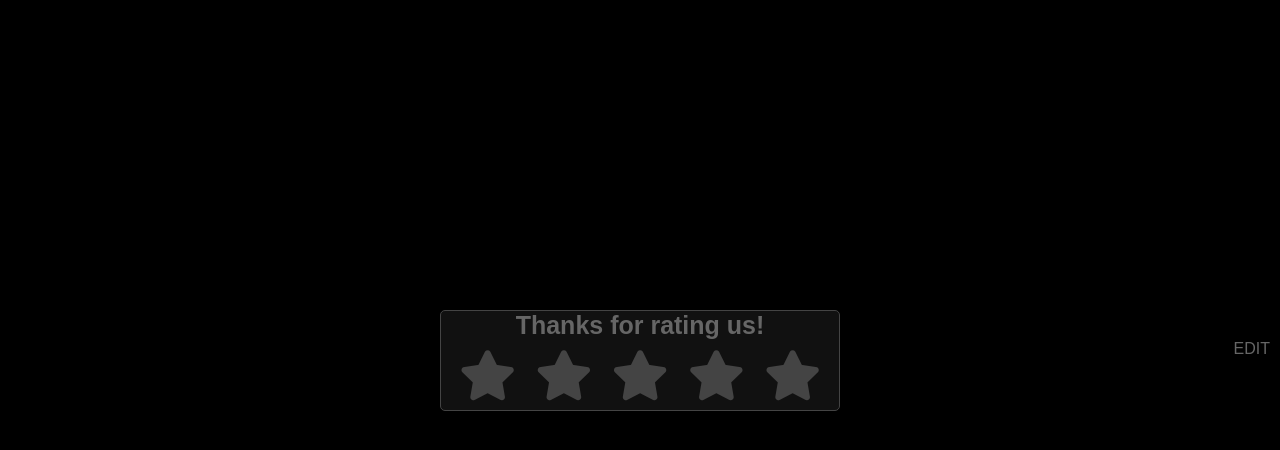
Repository: Suryansh-D/Star-Ratings
Page: index.html
The author's editor kept a copy of each file at every save. The page is drawn from the files as they stood at one save, then again after the next save.
The browser window is 1280 px wide. The pictures show the whole page.

Above is the page before, as saved 2024-02-03 10:28:09.

### index.html
<!DOCTYPE html>
<html lang="en">
<head>
    <meta charset="UTF-8">
    <meta name="viewport" content="width=device-width, initial-scale=1.0">
    <title>Document</title>
</head>
<link rel="stylesheet" href="style.css">
<link rel="stylesheet" href="https://cdnjs.cloudflare.com/ajax/libs/font-awesome/5.15.3/css/all.min.css">
<body>
    <div class="container">
        <div class="post">
            <div class="text">Thanks for rating us!</div>
            <div class="edit">EDIT</div>
            </div>
        <div class="stars">
            <input type="radio" name="rate" id="rate-5">
            <label for="rate-5" class="fas fa-star"></label>
            <input type="radio" name="rate" id="rate-4">
            <label for="rate-4" class="fas fa-star"></label>
            <input type="radio" name="rate" id="rate-3">
            <label for="rate-3" class="fas fa-star"></label>
            <input type="radio" name="rate" id="rate-2">
            <label for="rate-2" class="fas fa-star"></label>
            <input type="radio" name="rate" id="rate-1">
            <label for="rate-1" class="fas fa-star"></label>
            <form action="#">
                <header></header>
                <div class="textarea">
                <textarea cols="30" placeholder="Describe your experience"></textarea>
                </div>
                    <div class="btn">
                        <button type="submit">Post</button>
                        </div>
                 </form>
        </div>
    </div>
    <script></script>
</body>
</html>

### style.css
@import url('https://fonts.googleapis.com/css?family=Roboto:400,700');
* {
  margin: 0;
  padding: 0;
  box-sizing: border-box;
  font-family:'Poppins', sans-serif;
}
html, body {
  height: 100%;
  background-color: #000;
  place-items: center;
  display: grid;
  text-align: center;
}

.container {
  width: 400px;
  background: #111;
    padding: 20px , 30px;
    border: 1px solid #444;
    border-radius: 5px;
    display: flex;
    flex-direction: column;
    align-items: center;
    justify-content: center;
}
.container .stars input{
    display: none;
}
.stars label{
    font-size: 50px;
    color: #444;
    cursor: pointer;
    transition: all 0.2s ease;
    float: right;
    padding: 10px;

}
.stars input:not(:checked) ~ label:hover ,
.stars input:not(:checked) ~ label:hover ~ label{
    color: #ffcc00;
}
.stars input:checked ~ label{
    color: #ffcc00;
}
input#rate-5:checked ~ label{
    color: #fe7;
    text-shadow: 0 0 20px #f1cf45;
}
input#rate-4:checked ~ label{
    color: #fe7;
    text-shadow: 0 0 20px #f1cf45;
}
input#rate-3:checked ~ label{
    color: #fe7;
    text-shadow: 0 0 20px #f1cf45;
}
input#rate-2:checked ~ label{
    color: #fe7;
    text-shadow: 0 0 20px #f1cf45;
}
input#rate-1:checked ~ label{
    color: #fe7;
    text-shadow: 0 0 20px #f1cf45;
}

#rate-1:checked ~ form header:before{
    content: "Hatt Bakwas 😤";

}
#rate-2:checked ~ form header:before{
    content: "Bekaar 😒";
}
#rate-3:checked ~ form header:before{
    content: "Theek hi hai 🙂";
}
#rate-4:checked ~ form header:before{
    content: "Wah yaar😏";
}
#rate-5:checked ~ form header:before{
    content: "Ohh Bhaisaab 🤯 ";
}

.container .text{
    font-size: 25px;
    color: #666;
    font-weight: 700;

}
.container .edit{
    position: absolute;
    right:10px;
    top
    font-size: 16px;
    color: #666;
    font-weight: 500;
}
.container form{
    display: none;
}
input:checked ~ form{
    display: block;
    transition: all 0.2s ease;
}
form header{
    width:100%;
    font-size: 25px;
    color: #fe7;
    font-weight: 700;
    margin: 5px 0 20px 0;
    text-align: center;
    transition: all 0.2s ease;
}

form .textarea{
    width: 100%;
   height: 100%;
   overflow: hidden;
}
form .textarea textarea{
    height: 100%;
    width:100%;
    outline: none;
    color: #fff;
    border: 1px solid #333;
    background: #222;
    padding: 10px;
    font-size: 17px;
    resize: none;
}
form .btn{
  height: 45px;
  width: 100%;
  margin: 15px 0;
}
form .btn button{
    width: 100%;
    height: 100%;
    border: 1px solid #444;
    outline: none;
    background: #222;
    color: #999;
    font-size: 20px;
    font-weight: 700;
    cursor: pointer;
    transition: all 0.2s ease;
    font-size: 17px;
    text-transform: uppercase;
}
form .btn button:hover{
    background: #1b1b1b;
    color: #fff;
}

After the next save:
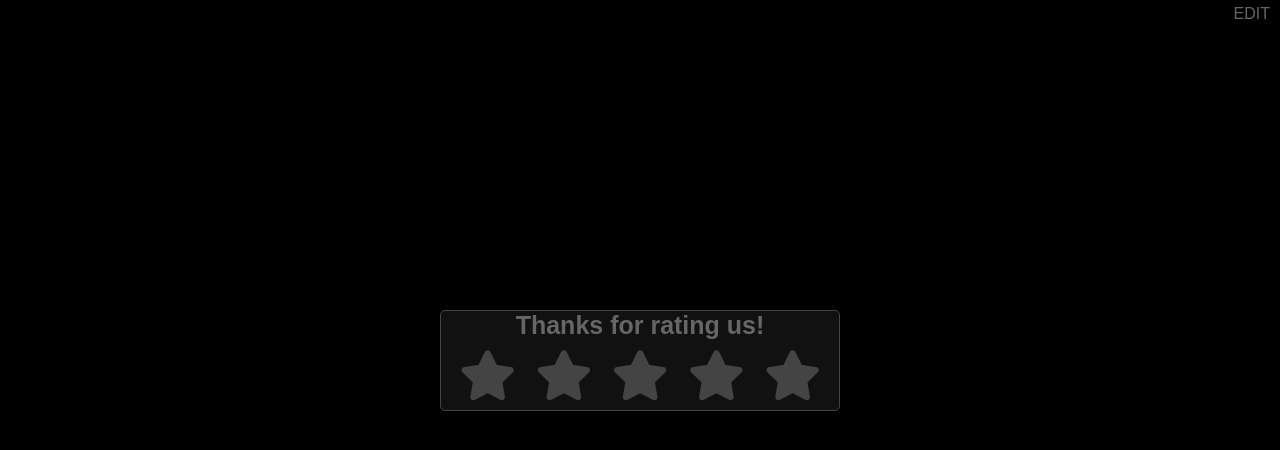
Saved 4 s later.
--- a/style.css
+++ b/style.css
@@ -90,7 +90,7 @@ input#rate-1:checked ~ label{
 .container .edit{
     position: absolute;
     right:10px;
-    top
+    top:5px;
     font-size: 16px;
     color: #666;
     font-weight: 500;
